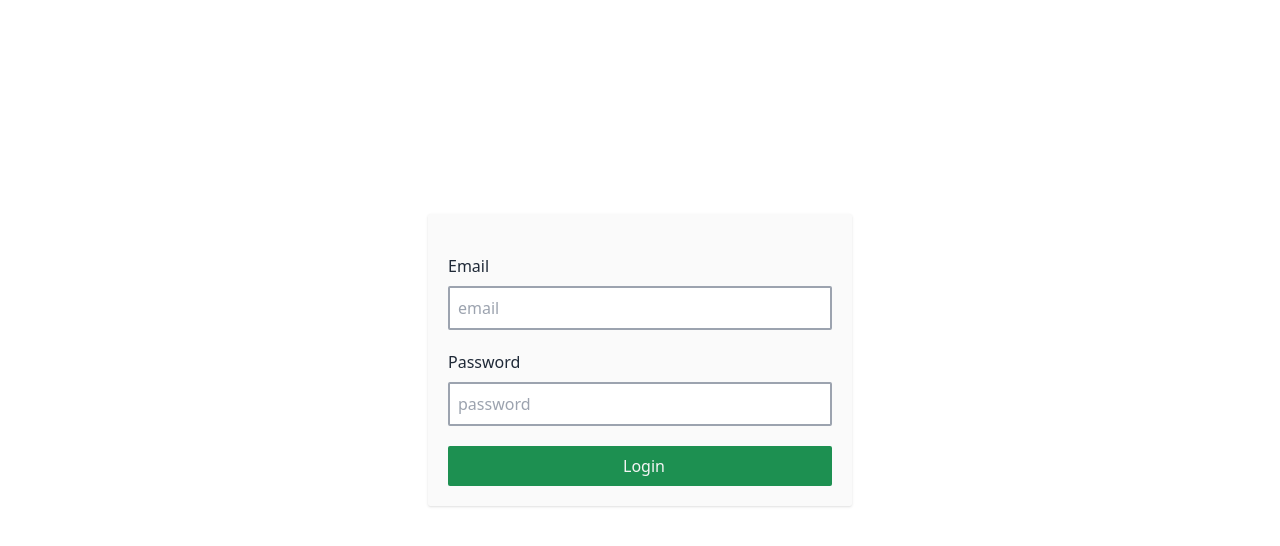
Repository: Sanaa00/Green-Exchange-AdminPanel
Page: /
The author's editor kept a copy of each file at every save. The page is drawn from the files as they stood at one save, then again after the next save.
The browser window is 1280 px wide. The pictures show the whole page.
The project was rebuilt for these pictures with package versions that can differ from the ones it lists, and the page was loaded fresh each time. Also part of the build but not shown: vite.config.js, src/Component/Pagination.jsx, src/Pages/HideProducts.jsx, src/features/products.jsx, src/Component/Loading.jsx, src/Pages/Products.jsx, src/Component/Logo.jsx, src/Component/Sidbar.jsx and 8 more.

Above is the page before, as saved 2024-01-29 20:57:51.

### src/main.jsx
import React from 'react';
import ReactDOM from 'react-dom/client';
import App from './App.jsx';
import './index.css';
import { BrowserRouter } from 'react-router-dom';
import { Provider } from 'react-redux';
import store from './store.jsx';

ReactDOM.createRoot(document.getElementById('root')).render(
  <React.StrictMode>
    <BrowserRouter>
      <Provider store={store}>
        <App />
      </Provider>
    </BrowserRouter>
  </React.StrictMode>,
);

### src/App.jsx
import { Route, Routes } from 'react-router-dom';
import './App.css';
import HideProducts from './Pages/HideProducts';
import Products from './Pages/Products';
import Sidbar from './Component/Sidbar';
import Dashboard from './Pages/Dashboard';
import Setting from './Pages/Setting';
import Login from './Pages/Login';

function App() {
  return (
    <>
      <Routes>
        <Route path="/sidbar" element={<Sidbar />}>
          <Route path="sidbar" element={<Dashboard />} />
          <Route path="products" element={<Products />} />
          <Route path="setting" element={<Setting />} />
          <Route path="hide" element={<HideProducts />} />
        </Route>
        <Route path="/" element={<Login />} />
      </Routes>
    </>
  );
}

export default App;

### src/store.jsx
import { configureStore } from '@reduxjs/toolkit';
import { apiSlice } from './features/api';
export const store = configureStore({
  reducer: {
    [apiSlice.reducerPath]: apiSlice.reducer,
  },
  middleware: (getDefaultMiddleware) =>
    getDefaultMiddleware().concat(apiSlice.middleware),
});
export default store;

### src/Pages/Login.jsx
import { useEffect, useState } from 'react';
import PrimaryButton from '../Component/PrimaryButton';
import { useLoginMutation } from '../features/auth';
import { Navigate } from 'react-router-dom';

function Login() {
  const [login, { data, isError, isLoading, isSuccess }] = useLoginMutation();
  // console.log(data?.data?.data?.data);
  const [formData, setFormData] = useState({
    email: '',
    password: '',
  });
  console.log('login', data?.data, isError, isLoading, isSuccess);
  const handleInput = (e) => {
    setFormData({ ...formData, [e.target.name]: e.target.value });
  };
  const handleFormData = () => {
    console.log(formData);
    login(formData);
    //add to route
  };

  // useEffect(() => {
  //   localStorage.setItem('admin', data?.data?.data);
  // }, [data]);
  useEffect(() => {
    if (!isError && !isLoading && data && data?.status == 'success') {
      //  data?.status == 'success'
      //  ?
      JSON.stringify(localStorage.setItem('admin', JSON.stringify(data?.data)));
      //  : setThereUser('user not found');
    }
  }, [data, isError, isLoading]);
  if (data?.status == 'success' && data?.data?.token)
    return <Navigate to="/sidbar" replace />;

  return (
    <div className="flex flex-col text-gray-800 items-center justify-center h-screen ">
      <div className="bg-neutral-50 p-5 rounded-sm shadow">
        <div className="mt-5 flex flex-col ">
          <label htmlFor="Username">Email</label>
          <input
            id="email"
            value={formData.email}
            onChange={(e) => handleInput(e)}
            required={true}
            name="email"
            className="mt-2 w-96 focus:outline-none border-2 py-2 rounded-sm p-2 hover:duration-300 duration-300 border-gray-400 hover:border-gray-500 focus:border-green"
            placeholder="email"
          />
        </div>{' '}
        <div className="mt-5 flex flex-col">
          <label htmlFor="Password">Password</label>
          <input
            id="password"
            value={formData.password}
            onChange={(e) => handleInput(e)}
            required={true}
            name="password"
            className="mt-2 w-96 focus:outline-none border-2 py-2 rounded-sm p-2 hover:duration-300 duration-300 border-gray-400 hover:border-gray-500 focus:border-green "
            placeholder="password"
          />
        </div>{' '}
        <div className="mt-5">
          <PrimaryButton
            text="Login"
            color={'green'}
            widthbutton={'24rem'}
            textColor="neutral-100"
            align={'center'}
            onClick={() => handleFormData()}
          />
        </div>
      </div>
    </div>
  );
}

export default Login;

### src/features/api.jsx
import { createApi, fetchBaseQuery } from '@reduxjs/toolkit/query/react';

export const apiSlice = createApi({
  reducerPath: 'api',
  baseQuery: fetchBaseQuery({
    baseUrl: import.meta.env.VITE_BACK_END,
    //     tagTypes: ['userData', 'products', 'profile'],
    prepareHeaders: (headers) => {
      const data = JSON.parse(localStorage.getItem('userData'));
      const token = data?.token;
      if (token) {
        headers.set('Authorization', `Bearer ${token}`);
      }

      return headers;
    },
  }),
  endpoints: () => ({}),
});

### utility.jsx
import { BiSolidDashboard } from 'react-icons/bi';
import { TbShoe } from 'react-icons/tb';
import { TbShoeOff } from 'react-icons/tb';
import { IoSettingsSharp } from 'react-icons/io5';
import { FaRegUser } from 'react-icons/fa6';
import { TbProgress } from 'react-icons/tb';
import { FiActivity } from 'react-icons/fi';
export const sidbarItem = [
  {
    id: 1,
    name: 'Dashboard',
    url: 'sidbar',
    icon: <BiSolidDashboard className="w-6 h-6" />,
  },
  {
    id: 2,
    name: 'Products',
    url: 'products',
    icon: <TbShoe className="w-6 h-6" />,
  },
  {
    id: 3,
    name: 'Hide Products',
    url: 'hide',
    icon: <TbShoeOff className="w-6 h-6" />,
  },
  {
    id: 4,
    name: 'Setting',
    url: 'setting',
    icon: <IoSettingsSharp className="w-6 h-6" />,
  },
];
export const products = [
  {
    id: 1,
    name: 'product 1',
    url: 'https://images.unsplash.com/photo-1560769629-975ec94e6a86?q=80&w=1964&auto=format&fit=crop&ixlib=rb-4.0.3&ixid=M3wxMjA3fDB8MHxwaG90by1wYWdlfHx8fGVufDB8fHx8fA%3D%3D',
  },
  {
    id: 2,
    name: 'product 2',
    url: 'https://images.unsplash.com/photo-1560769629-975ec94e6a86?q=80&w=1964&auto=format&fit=crop&ixlib=rb-4.0.3&ixid=M3wxMjA3fDB8MHxwaG90by1wYWdlfHx8fGVufDB8fHx8fA%3D%3D',
  },
  {
    id: 3,
    name: 'product 3',
    url: 'https://images.unsplash.com/photo-1560769629-975ec94e6a86?q=80&w=1964&auto=format&fit=crop&ixlib=rb-4.0.3&ixid=M3wxMjA3fDB8MHxwaG90by1wYWdlfHx8fGVufDB8fHx8fA%3D%3D',
  },
  {
    id: 4,
    name: 'product 4',
    url: 'https://images.unsplash.com/photo-1560769629-975ec94e6a86?q=80&w=1964&auto=format&fit=crop&ixlib=rb-4.0.3&ixid=M3wxMjA3fDB8MHxwaG90by1wYWdlfHx8fGVufDB8fHx8fA%3D%3D',
  },
  {
    id: 5,
    name: 'product 5',
    url: 'https://images.unsplash.com/photo-1560769629-975ec94e6a86?q=80&w=1964&auto=format&fit=crop&ixlib=rb-4.0.3&ixid=M3wxMjA3fDB8MHxwaG90by1wYWdlfHx8fGVufDB8fHx8fA%3D%3D',
  },
  {
    id: 6,
    name: 'product 6',
    url: 'https://images.unsplash.com/photo-1560769629-975ec94e6a86?q=80&w=1964&auto=format&fit=crop&ixlib=rb-4.0.3&ixid=M3wxMjA3fDB8MHxwaG90by1wYWdlfHx8fGVufDB8fHx8fA%3D%3D',
  },
];

export const UnHideProducts = [
  {
    id: 1,
    name: 'product 1',
    url: 'https://images.unsplash.com/photo-1560769629-975ec94e6a86?q=80&w=1964&auto=format&fit=crop&ixlib=rb-4.0.3&ixid=M3wxMjA3fDB8MHxwaG90by1wYWdlfHx8fGVufDB8fHx8fA%3D%3D',
  },
  {
    id: 2,
    name: 'product 2',
    url: 'https://images.unsplash.com/photo-1560769629-975ec94e6a86?q=80&w=1964&auto=format&fit=crop&ixlib=rb-4.0.3&ixid=M3wxMjA3fDB8MHxwaG90by1wYWdlfHx8fGVufDB8fHx8fA%3D%3D',
  },
  {
    id: 3,
    name: 'product 3',
    url: 'https://images.unsplash.com/photo-1560769629-975ec94e6a86?q=80&w=1964&auto=format&fit=crop&ixlib=rb-4.0.3&ixid=M3wxMjA3fDB8MHxwaG90by1wYWdlfHx8fGVufDB8fHx8fA%3D%3D',
  },
  {
    id: 4,
    name: 'product 4',
    url: 'https://images.unsplash.com/photo-1560769629-975ec94e6a86?q=80&w=1964&auto=format&fit=crop&ixlib=rb-4.0.3&ixid=M3wxMjA3fDB8MHxwaG90by1wYWdlfHx8fGVufDB8fHx8fA%3D%3D',
  },
  {
    id: 5,
    name: 'product 5',
    url: 'https://images.unsplash.com/photo-1560769629-975ec94e6a86?q=80&w=1964&auto=format&fit=crop&ixlib=rb-4.0.3&ixid=M3wxMjA3fDB8MHxwaG90by1wYWdlfHx8fGVufDB8fHx8fA%3D%3D',
  },
  {
    id: 6,
    name: 'product 6',
    url: 'https://images.unsplash.com/photo-1560769629-975ec94e6a86?q=80&w=1964&auto=format&fit=crop&ixlib=rb-4.0.3&ixid=M3wxMjA3fDB8MHxwaG90by1wYWdlfHx8fGVufDB8fHx8fA%3D%3D',
  },
];

export const total = [
  {
    id: 1,
    name: 'total user',
    icon: <FaRegUser />,
    number: 20,
  },
  {
    id: 2,
    name: 'total Activity',
    icon: <FiActivity />,
    number: 20,
  },
  {
    id: 3,
    name: 'total Product',
    icon: <TbShoe className="w-10 h-10" />,
    number: 20,
  },
  {
    id: 4,
    name: 'total order',
    icon: <TbProgress />,
    number: 20,
  },
];

### src/Component/PrimaryButton.jsx
/* eslint-disable react/prop-types */
// eslint-disable-next-line react/prop-types
function PrimaryButton({
  widthbutton,
  text,
  icon,
  color,
  textColor,
  align,
  onClick,
}) {
  return (
    <button
      onClick={onClick}
      //  onclick={onclick}
      style={{ width: widthbutton }}
      className={`rounded-sm py-1 text-neutral0 flex items-center bg-${color} text-${textColor} py-2 text-${align}`}
    >
      {icon}
      <span className="ml-2 w-full">{text}</span>
    </button>
  );
}

export default PrimaryButton;

### src/features/auth.jsx
import { apiSlice } from './api';

const authApi = apiSlice.injectEndpoints({
  endpoints: (builder) => ({
    signup: builder.mutation({
      query: (body) => ({
        url: 'api/user/signupauth/',
        method: 'POST',
        body: body,
      }),
    }),

    login: builder.mutation({
      query: (body) => ({
        url: 'api/user/admin',
        method: 'POST',
        body: body,
      }),
      invalidatesTags: ['userData'],
    }),
  }),
});

export const { useSignupMutation, useLoginMutation } = authApi;

### tailwind.config.js
/** @type {import('tailwindcss').Config} */
export default {
  content: ['./index.html', './src/**/*.{js,ts,jsx,tsx}'],
  theme: {
    extend: {
      fontFamily: {
        english: 'english',
        kurdish: 'kurdish',
        ubuntu: 'ubuntu',
      },
      colors: {
        green: '#1d9051',
        jade: {
          50: '#ebfef6',
          100: '#d0fbe6',
          200: '#a4f6d2',
          300: '#6aebbc',
          400: '#2fd89f',
          500: '#0abf88',
          600: '#00aa7a',
          700: '#007c5c',
          800: '#03624a',
          900: '#04503e',
          950: '#012d24',
        },
      },
    },
  },
  plugins: [],
};

// TODO:
// 1 - loading
// 2 - checky lengthy productakan bkamwa agar 0 bu illustration dabnem
// 3 - pagination tawaw kam katek data habu
// 4-

Loaded but not shown: index.html (common file); src/index.css (common file); src/App.css (common file)

After the next save:
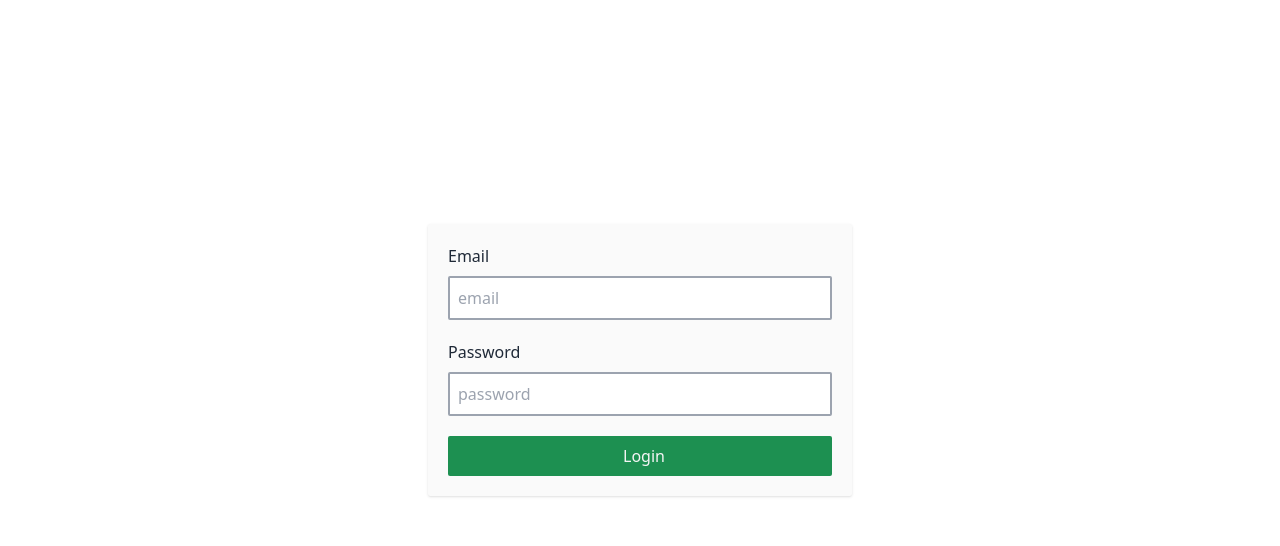
Saved 17 s later.
--- a/src/Pages/Login.jsx
+++ b/src/Pages/Login.jsx
@@ -37,7 +37,7 @@ function Login() {
   return (
     <div className="flex flex-col text-gray-800 items-center justify-center h-screen ">
       <div className="bg-neutral-50 p-5 rounded-sm shadow">
-        <div className="mt-5 flex flex-col ">
+        <div className=" flex flex-col ">
           <label htmlFor="Username">Email</label>
           <input
             id="email"
